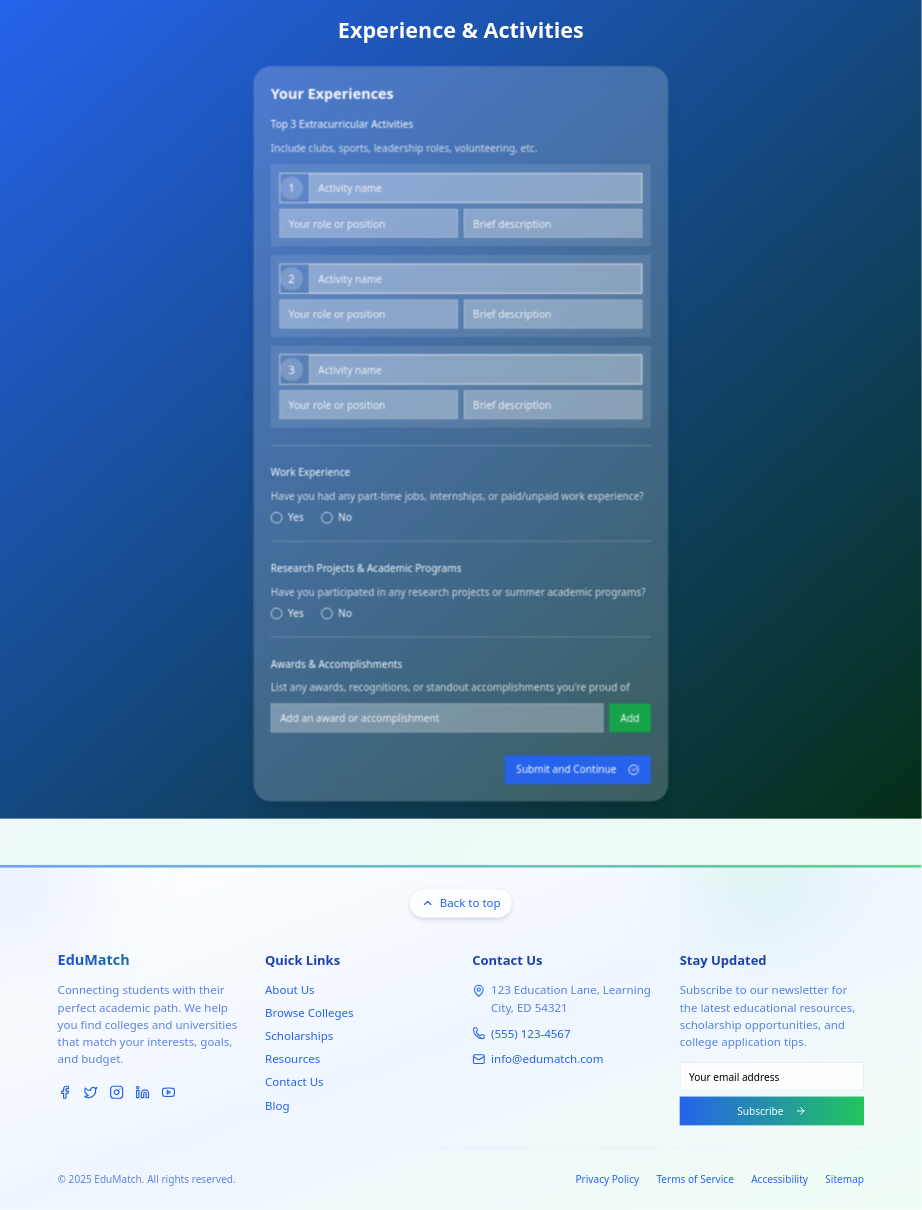
Repository: Kish202/EdTech
Page: /experience-activities
The author's editor kept a copy of each file at every save. The page is drawn from the files as they stood at one save, then again after a run of saves.
The browser window is 1280 px wide. The pictures show the whole page, at 72% of full size.
The project was rebuilt for these pictures with package versions that can differ from the ones it lists, and the page was loaded fresh each time. Also part of the build but not shown: vite.config.js, src/components/sections/Navbar.jsx, src/components/registerforms/RegisterForm.jsx, src/components/sections/Hero.jsx, src/components/sections/Steps.jsx, src/components/ui/avatar.jsx, src/components/sections/Testmonials.jsx, src/components/ui/select.jsx and 12 more.

Above is the page before, as saved 2025-04-18 19:02:40.

### src/index.css

@import "slick-carousel/slick/slick.css";
@import "slick-carousel/slick/slick-theme.css";

@tailwind base;
@tailwind components;
@tailwind utilities;

### src/components/registerforms/Form4.jsx
import React, { useState, useEffect } from 'react';
import { Card, CardContent, CardFooter } from '@/components/ui/card';
import { Input } from '@/components/ui/input';
import { Button } from '@/components/ui/button';
import { Label } from '@/components/ui/label';
import { Textarea } from '@/components/ui/textarea';
import { RadioGroup, RadioGroupItem } from '@/components/ui/radio-group';
import { CheckCircle, AlertCircle, Trash2 } from 'lucide-react';
import { Badge } from '@/components/ui/badge';
import { Separator } from '@/components/ui/separator';

export default function ExperienceActivitiesCard() {
  // State for form data
  const [formData, setFormData] = useState({
    activities: [
      { name: '', description: '', role: '' },
      { name: '', description: '', role: '' },
      { name: '', description: '', role: '' }
    ],
    workExperience: {
      hasExperience: '',
      description: ''
    },
    researchExperience: {
      hasExperience: '',
      description: ''
    },
    awards: []
  });

  // State for new award input
  const [newAward, setNewAward] = useState('');

  // State for errors
  const [errors, setErrors] = useState({});

  // Load data from local storage on component mount
  useEffect(() => {
    const savedData = localStorage.getItem('experienceActivitiesData');
    if (savedData) {
      try {
        const parsedData = JSON.parse(savedData);
        setFormData(parsedData);
      } catch (e) {
        console.error("Error parsing saved data:", e);
      }
    }
  }, []);

  // Handle extracurricular activity input changes
  const handleActivityChange = (index, field, value) => {
    const updatedActivities = [...formData.activities];
    updatedActivities[index] = {
      ...updatedActivities[index],
      [field]: value
    };

    setFormData({
      ...formData,
      activities: updatedActivities
    });

    // Clear error when user types
    if (errors.activities) {
      setErrors({ ...errors, activities: '' });
    }
  };

  // Handle work experience radio selection
  const handleWorkExperienceToggle = (value) => {
    setFormData({
      ...formData,
      workExperience: {
        ...formData.workExperience,
        hasExperience: value
      }
    });

    // Clear error when user selects
    if (errors.workExperience) {
      setErrors({ ...errors, workExperience: '' });
    }
  };

  // Handle work experience description
  const handleWorkDescriptionChange = (e) => {
    setFormData({
      ...formData,
      workExperience: {
        ...formData.workExperience,
        description: e.target.value
      }
    });
  };

  // Handle research experience radio selection
  const handleResearchExperienceToggle = (value) => {
    setFormData({
      ...formData,
      researchExperience: {
        ...formData.researchExperience,
        hasExperience: value
      }
    });

    // Clear error when user selects
    if (errors.researchExperience) {
      setErrors({ ...errors, researchExperience: '' });
    }
  };

  // Handle research experience description
  const handleResearchDescriptionChange = (e) => {
    setFormData({
      ...formData,
      researchExperience: {
        ...formData.researchExperience,
        description: e.target.value
      }
    });
  };

  // Handle new award input
  const handleNewAwardChange = (e) => {
    setNewAward(e.target.value);
  };

  // Add a new award
  const addAward = () => {
    if (newAward.trim() !== '') {
      const updatedAwards = [...formData.awards, newAward.trim()];
      setFormData({
        ...formData,
        awards: updatedAwards
      });
      setNewAward('');

      // Clear error when user adds an award
      if (errors.awards) {
        setErrors({ ...errors, awards: '' });
      }
    }
  };

  // Remove an award
  const removeAward = (index) => {
    const updatedAwards = formData.awards.filter((_, i) => i !== index);
    setFormData({
      ...formData,
      awards: updatedAwards
    });
  };

  // Handle Enter key press on new award input
  const handleKeyPress = (e) => {
    if (e.key === 'Enter') {
      e.preventDefault();
      addAward();
    }
  };

  // Validate form
  const validateForm = () => {
    let formErrors = {};
    let isValid = true;

    // Validate at least one activity
    if (!formData.activities[0].name.trim()) {
      formErrors.activities = 'Please enter at least one extracurricular activity';
      isValid = false;
    }

    // Validate work experience selection
    if (!formData.workExperience.hasExperience) {
      formErrors.workExperience = 'Please select yes or no';
      isValid = false;
    }

    // If yes to work experience, validate description
    if (formData.workExperience.hasExperience === 'yes' &&
        !formData.workExperience.description.trim()) {
      formErrors.workExperienceDescription = 'Please provide details about your work experience';
      isValid = false;
    }

    // Validate research experience selection
    if (!formData.researchExperience.hasExperience) {
      formErrors.researchExperience = 'Please select yes or no';
      isValid = false;
    }

    // If yes to research experience, validate description
    if (formData.researchExperience.hasExperience === 'yes' &&
        !formData.researchExperience.description.trim()) {
      formErrors.researchExperienceDescription = 'Please provide details about your research experience';
      isValid = false;
    }

    setErrors(formErrors);
    return isValid;
  };

  // Handle submit button click
  const handleSubmit = () => {
    if (validateForm()) {
      // Store in local storage
      localStorage.setItem('experienceActivitiesData', JSON.stringify(formData));

      // Simulate navigation to next page
      alert("Data saved! Ready to navigate to the next page.");
      // In a real application, you would use something like:
      // navigate('/next-page');
    }
  };

  // Error message component
  const ErrorMessage = ({ error }) => {
    if (!error) return null;

    return (
      <div className="text-red-400 text-sm mt-1 flex items-center">
        <AlertCircle className="h-3 w-3 mr-1" />
        {error}
      </div>
    );
  };

  return (
    <div className="min-h-screen flex flex-col items-center justify-center p-6 bg-gradient-to-br from-blue-600 to-green-950">
      <h1 className="text-3xl font-bold text-white mb-8 text-center">
        Experience & Activities
      </h1>

      <Card className="bg-white/20 backdrop-blur-md shadow-xl border-0 transition-all duration-300 transform max-w-xl w-full rounded-3xl">
        <CardContent className="pt-6">
          <h2 className="text-xl font-semibold mb-4 text-white">Your Experiences</h2>

          <div className="space-y-6">
            {/* Extracurricular Activities */}
            <div className="space-y-3">
              <Label className="text-white font-medium">Top 3 Extracurricular Activities</Label>
              <p className="text-white/80 text-sm">
                Include clubs, sports, leadership roles, volunteering, etc.
              </p>

              {formData.activities.map((activity, index) => (
                <div key={index} className="space-y-2 bg-white/10 p-3 rounded-lg">
                  <div className="flex items-center  border">
                    <div className="flex  items-center justify-center bg-white/20 rounded-full w-8 h-8 mr-2 shrink-0">
                      <span className="text-white font-medium">{index + 1}</span>
                    </div>
                    <Input
                      value={activity.name}
                      onChange={(e) => handleActivityChange(index, 'name', e.target.value)}
                      className="bg-white/30 text-white placeholder:text-white/90 border-white/30"
                      placeholder={`Activity name`}
                    />
                  </div>

                  <div className="grid grid-cols-1 md:grid-cols-2 gap-2">
                    <Input
                      value={activity.role}
                      onChange={(e) => handleActivityChange(index, 'role', e.target.value)}
                      className="bg-white/30 text-white placeholder:text-white/90 border-white/30"
                      placeholder="Your role or position"
                    />
                    <Input
                      value={activity.description}
                      onChange={(e) => handleActivityChange(index, 'description', e.target.value)}
                      className="bg-white/30 text-white placeholder:text-white/90 border-white/30"
                      placeholder="Brief description"
                    />
                  </div>
                </div>
              ))}

              {errors.activities && <ErrorMessage error={errors.activities} />}
            </div>

            <Separator className="bg-white/30" />

            {/* Work Experience */}
            <div className="space-y-3">
              <Label className="text-white font-medium">Work Experience</Label>
              <p className="text-white/80 text-sm">
                Have you had any part-time jobs, internships, or paid/unpaid work experience?
              </p>

              <RadioGroup
                value={formData.workExperience.hasExperience}
                onValueChange={handleWorkExperienceToggle}
                className="flex space-x-4"
              >
                <div className="flex items-center space-x-2">
                  <RadioGroupItem value="yes" id="work-yes" className="border-white text-white" />
                  <Label htmlFor="work-yes" className="text-white">Yes</Label>
                </div>
                <div className="flex items-center space-x-2">
                  <RadioGroupItem value="no" id="work-no" className="border-white text-white" />
                  <Label htmlFor="work-no" className="text-white">No</Label>
                </div>
              </RadioGroup>
              <ErrorMessage error={errors.workExperience} />

              {formData.workExperience.hasExperience === 'yes' && (
                <div className="space-y-2">
                  <Label htmlFor="workDescription" className="text-white/80 text-sm">
                    Please describe your work experience
                  </Label>
                  <Textarea
                    id="workDescription"
                    value={formData.workExperience.description}
                    onChange={handleWorkDescriptionChange}
                    className={`bg-white/30 text-white placeholder:text-white/90 min-h-24 ${
                      errors.workExperienceDescription ? 'border-red-400' : 'border-white/30'
                    }`}
                    placeholder="Describe your roles, responsibilities, and what you learned"
                  />
                  <ErrorMessage error={errors.workExperienceDescription} />
                </div>
              )}
            </div>

            <Separator className="bg-white/30" />

            {/* Research Experience */}
            <div className="space-y-3">
              <Label className="text-white font-medium">Research Projects & Academic Programs</Label>
              <p className="text-white/80 text-sm">
                Have you participated in any research projects or summer academic programs?
              </p>

              <RadioGroup
                value={formData.researchExperience.hasExperience}
                onValueChange={handleResearchExperienceToggle}
                className="flex space-x-4"
              >
                <div className="flex items-center space-x-2">
                  <RadioGroupItem value="yes" id="research-yes" className="border-white text-white" />
                  <Label htmlFor="research-yes" className="text-white">Yes</Label>
                </div>
                <div className="flex items-center space-x-2">
                  <RadioGroupItem value="no" id="research-no" className="border-white text-white" />
                  <Label htmlFor="research-no" className="text-white">No</Label>
                </div>
              </RadioGroup>
              <ErrorMessage error={errors.researchExperience} />

              {formData.researchExperience.hasExperience === 'yes' && (
                <div className="space-y-2">
                  <Label htmlFor="researchDescription" className="text-white/80 text-sm">
                    Please describe your research experience
                  </Label>
                  <Textarea
                    id="researchDescription"
                    value={formData.researchExperience.description}
                    onChange={handleResearchDescriptionChange}
                    className={`bg-white/30 text-white placeholder:text-white/90 min-h-24 ${
                      errors.researchExperienceDescription ? 'border-red-400' : 'border-white/30'
                    }`}
                    placeholder="Describe the research project or program, your role, and what you learned"
                  />
                  <ErrorMessage error={errors.researchExperienceDescription} />
                </div>
              )}
            </div>

            <Separator className="bg-white/30" />

            {/* Awards & Accomplishments */}
            <div className="space-y-3">
              <Label className="text-white font-medium">Awards & Accomplishments</Label>
              <p className="text-white/80 text-sm">
                List any awards, recognitions, or standout accomplishments you're proud of
              </p>

              {/* Awards list */}
              <div className="space-y-2">
                {formData.awards.map((award, index) => (
                  <div key={index} className="flex items-center bg-white/10 p-2 rounded-lg">
                    <div className="flex-1 text-white">{award}</div>
                    <Button
                      variant="ghost"
                      size="sm"
                      onClick={() => removeAward(index)}
                      className="text-white/70 hover:text-white hover:bg-white/20"
                    >
                      <Trash2 className="h-4 w-4" />
                    </Button>
                  </div>
                ))}
              </div>

              {/* New award input */}
              <div className="flex space-x-2">
                <Input
                  value={newAward}
                  onChange={handleNewAwardChange}
                  onKeyPress={handleKeyPress}
                  className="bg-white/30 text-white placeholder:text-white/90 border-white/30 flex-1"
                  placeholder="Add an award or accomplishment"
                />
                <Button
                  onClick={addAward}
                  className="bg-green-600 hover:bg-green-700 text-white"
                >
                  Add
                </Button>
              </div>
            </div>
          </div>
        </CardContent>

        <CardFooter className="flex justify-end pt-2 pb-6">
          <Button
            onClick={handleSubmit}
            className="bg-blue-600 hover:bg-blue-700 text-white"
          >
            Submit and Continue <CheckCircle className="ml-2 h-4 w-4" />
          </Button>
        </CardFooter>
      </Card>
    </div>
  );
}

### src/components/ui/input.jsx
import * as React from "react"

import { cn } from "@/lib/utils"

const Input = React.forwardRef(({ className, type, ...props }, ref) => {
  return (
    <input
      type={type}
      className={cn(
        "flex h-10 w-full rounded-md border border-input bg-background px-3 py-2 text-base ring-offset-background file:border-0 file:bg-transparent file:text-sm file:font-medium file:text-foreground placeholder:text-muted-foreground focus-visible:outline-none focus-visible:ring-2 focus-visible:ring-ring focus-visible:ring-offset-2 disabled:cursor-not-allowed disabled:opacity-50 md:text-sm",
        className
      )}
      ref={ref}
      {...props} />
  );
})
Input.displayName = "Input"

export { Input }

### src/components/ui/radio-group.jsx
import * as React from "react"
import * as RadioGroupPrimitive from "@radix-ui/react-radio-group"
import { Circle } from "lucide-react"

import { cn } from "@/lib/utils"

const RadioGroup = React.forwardRef(({ className, ...props }, ref) => {
  return (<RadioGroupPrimitive.Root className={cn("grid gap-2", className)} {...props} ref={ref} />);
})
RadioGroup.displayName = RadioGroupPrimitive.Root.displayName

const RadioGroupItem = React.forwardRef(({ className, ...props }, ref) => {
  return (
    <RadioGroupPrimitive.Item
      ref={ref}
      className={cn(
        "aspect-square h-4 w-4 rounded-full border border-primary text-primary ring-offset-background focus:outline-none focus-visible:ring-2 focus-visible:ring-ring focus-visible:ring-offset-2 disabled:cursor-not-allowed disabled:opacity-50",
        className
      )}
      {...props}>
      <RadioGroupPrimitive.Indicator className="flex items-center justify-center">
        <Circle className="h-2.5 w-2.5 fill-current text-current" />
      </RadioGroupPrimitive.Indicator>
    </RadioGroupPrimitive.Item>
  );
})
RadioGroupItem.displayName = RadioGroupPrimitive.Item.displayName

export { RadioGroup, RadioGroupItem }

Loaded but not shown: index.html (common file); src/main.jsx (common file); src/App.css (common file); src/lib/utils.js (common file); src/components/ui/label.jsx (common file); src/components/ui/separator.jsx (common file); tailwind.config.js (158 lines, source omitted); src/components/sections/Footer.jsx (229 lines, source omitted); src/App.jsx (53 lines, source omitted); src/components/ui/button.jsx (47 lines, source omitted); src/components/ui/accordion.jsx (41 lines, source omitted); src/components/ui/card.jsx (50 lines, source omitted)

After the next 3 saves:
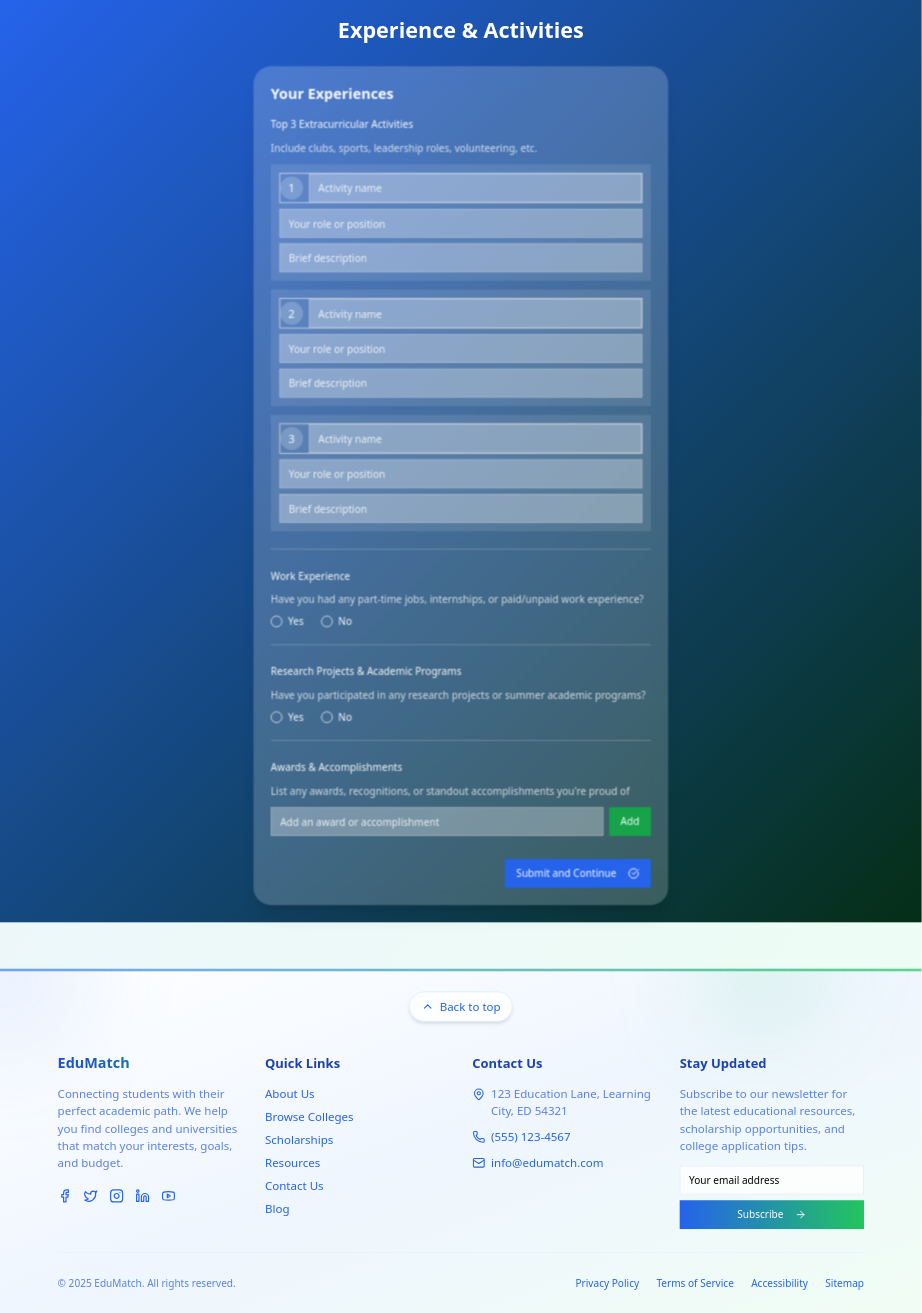
The 3 saves are shown as one change because they came seconds apart.
The last was saved 11 s later.
--- a/src/components/registerforms/Form4.jsx
+++ b/src/components/registerforms/Form4.jsx
@@ -257,7 +257,7 @@
                     />
                   </div>
 
-                  <div className="grid grid-cols-1 md:grid-cols-2 gap-2">
+                  <div className="grid grid-cols-1  itemsmd:grid-cols-2 gap-2">
                     <Input
                       value={activity.role}
                       onChange={(e) => handleActivityChange(index, 'role', e.target.value)}

After the save that followed:
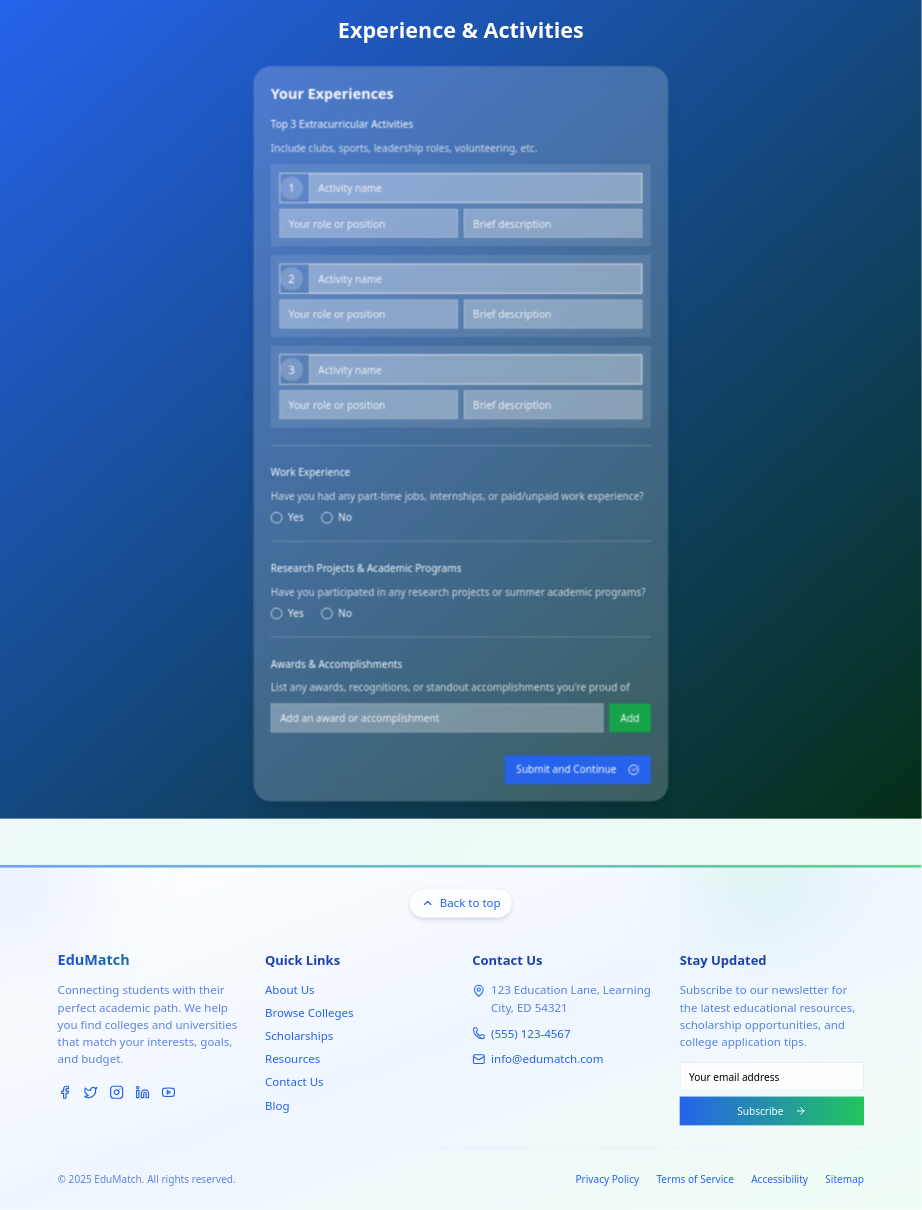
Saved 7 s later.
--- a/src/components/registerforms/Form4.jsx
+++ b/src/components/registerforms/Form4.jsx
@@ -257,7 +257,7 @@
                     />
                   </div>
 
-                  <div className="grid grid-cols-1  itemsmd:grid-cols-2 gap-2">
+                  <div className="grid grid-cols-1 place  md:grid-cols-2 gap-2">
                     <Input
                       value={activity.role}
                       onChange={(e) => handleActivityChange(index, 'role', e.target.value)}
